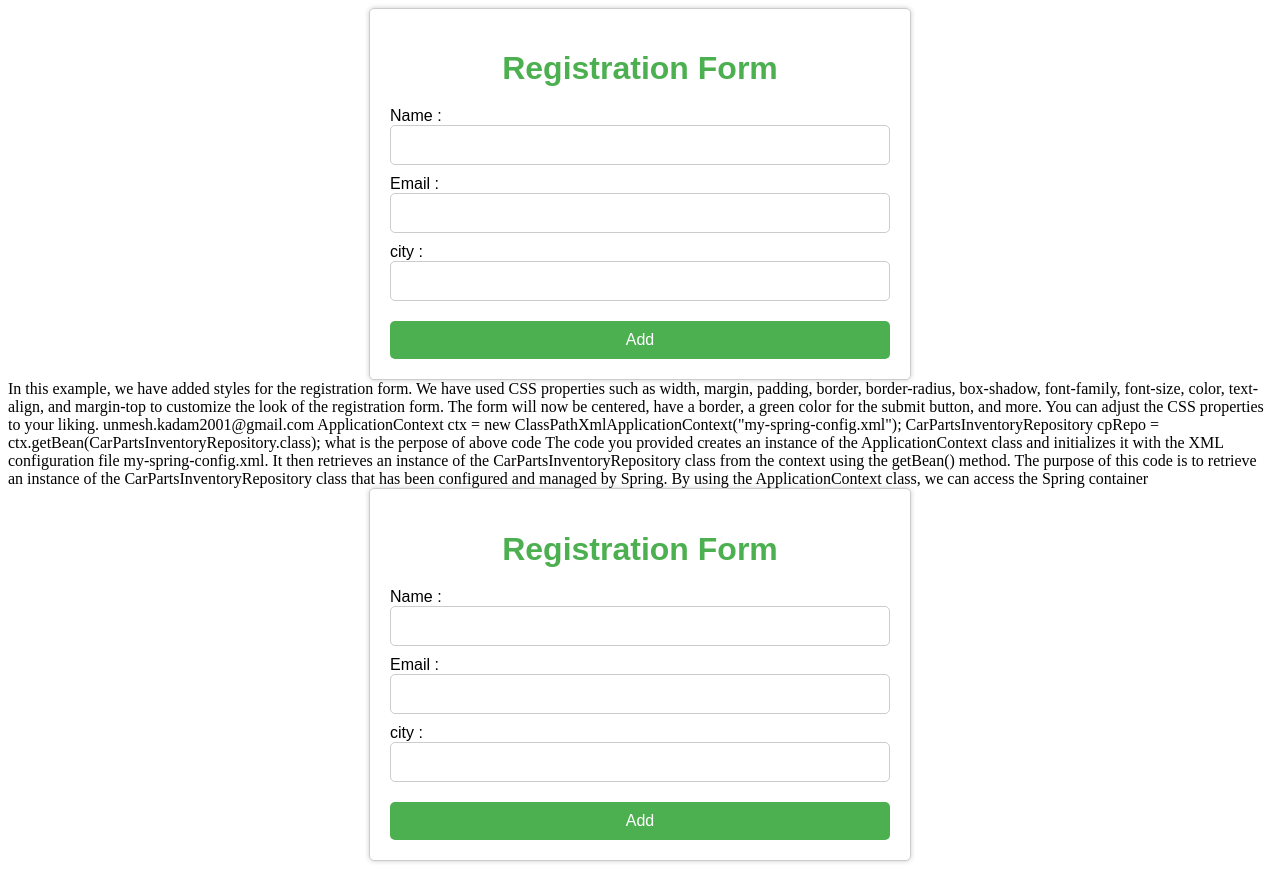
Repository: UnmeshNarayanKadam/JAVA-SPRING-HIBERNATE-PROGRAM
Page: http://localhost/spring-webapp/addCustomer.jsp
An editor plug-in stored every save of this project. The page is shown before and after a run of saves, followed by the edit.
The browser window is 1280 px wide. The pictures show the whole page.
The page is served by Tomcat 9. Other server files are loaded and not shown.

Above is the page before, as saved 2023-02-27 05:47:11.

### spring-webapp/src/main/webapp/addCustomer.jsp
<%@ page language="java" contentType="text/html; charset=ISO-8859-1"
	pageEncoding="ISO-8859-1"%>
<!DOCTYPE html>
<html>
<head>
<meta charset="ISO-8859-1">
<title>Insert title here</title>
	<style>
		.mainDiv {
			width: 500px;
			margin: 0 auto;
			padding: 20px;
			border: 1px solid #ccc;
			border-radius: 5px;
			box-shadow: 0 0 5px #ccc;
			font-family: Arial, sans-serif;
		}
		h1 {
			font-family: Arial, sans-serif;
			font-size: 32px;
			color: #4CAF50;
			text-align: center;
			margin-bottom: 20px;
		}
		input {
			padding: 10px;
			border: 1px solid #ccc;
			border-radius: 5px;
			margin-bottom: 10px;
			width: 100%;
			box-sizing: border-box;
			font-size: 16px;
			font-family: Arial, sans-serif;
		}
		button[type="submit"] {
			background-color: #4CAF50;
			color: white;
			padding: 10px;
			border: none;
			border-radius: 5px;
			cursor: pointer;
			font-size: 16px;
			font-family: Arial, sans-serif;
			margin-top: 10px;
			width: 100%;
			box-sizing: border-box;
		}
		button[type="submit"]:hover {
			background-color: #3e8e41;
		}
	</style>
</head>
<body>
	<div class="mainDiv">
		<h1>Registration Form</h1>
		<form action="add-customer">
			Name : <input name="name" /><br> Email : <input name="email" /><br>
			city : <input name="city" />
			<button type="submit">Add</button>
		</form>
	</div>

</body>
</html>
In this example, we have added styles for the registration form. We have used CSS properties such as width, margin, padding, border, border-radius, box-shadow, font-family, font-size, color, text-align, and margin-top to customize the look of the registration form. The form will now be centered, have a border, a green color for the submit button, and more. You can adjust the CSS properties to your liking.




unmesh.kadam2001@gmail.com
ApplicationContext ctx = new ClassPathXmlApplicationContext("my-spring-config.xml");
		CarPartsInventoryRepository cpRepo = ctx.getBean(CarPartsInventoryRepository.class);                                        what is the perpose of above code
The code you provided creates an instance of the ApplicationContext class and initializes it with the XML configuration file my-spring-config.xml. It then retrieves an instance of the CarPartsInventoryRepository class from the context using the getBean() method.

The purpose of this code is to retrieve an instance of the CarPartsInventoryRepository class that has been configured and managed by Spring. By using the ApplicationContext class, we can access the Spring container



</head>
<body>
	<div class="mainDiv">
		<h1>Registration Form</h1>
		<form action="add-customer">
			Name : <input name="name" /><br> Email : <input name="email" /><br>
			city : <input name="city" />
			<button type="submit">Add</button>
		</form>
	</div>

</body>
</html>

After the next 2 saves:
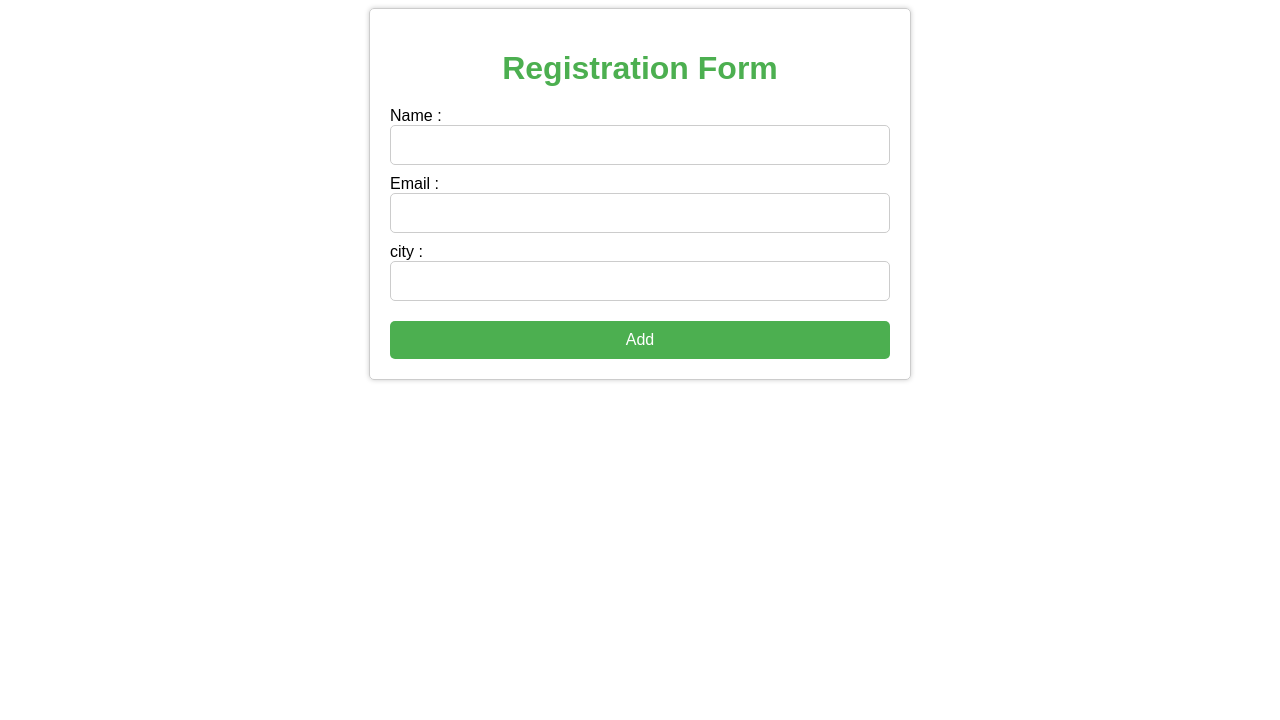
The 2 saves are shown as one change because they came seconds apart.
The last was saved 11 s later.
--- a/spring-webapp/src/main/webapp/addCustomer.jsp
+++ b/spring-webapp/src/main/webapp/addCustomer.jsp
@@ -62,30 +62,3 @@
 
 </body>
 </html>
-In this example, we have added styles for the registration form. We have used CSS properties such as width, margin, padding, border, border-radius, box-shadow, font-family, font-size, color, text-align, and margin-top to customize the look of the registration form. The form will now be centered, have a border, a green color for the submit button, and more. You can adjust the CSS properties to your liking.
-
-
-
-
-unmesh.kadam2001@gmail.com
-ApplicationContext ctx = new ClassPathXmlApplicationContext("my-spring-config.xml");
-		CarPartsInventoryRepository cpRepo = ctx.getBean(CarPartsInventoryRepository.class);                                        what is the perpose of above code
-The code you provided creates an instance of the ApplicationContext class and initializes it with the XML configuration file my-spring-config.xml. It then retrieves an instance of the CarPartsInventoryRepository class from the context using the getBean() method.
-
-The purpose of this code is to retrieve an instance of the CarPartsInventoryRepository class that has been configured and managed by Spring. By using the ApplicationContext class, we can access the Spring container
-
-
-
-</head>
-<body>
-	<div class="mainDiv">
-		<h1>Registration Form</h1>
-		<form action="add-customer">
-			Name : <input name="name" /><br> Email : <input name="email" /><br>
-			city : <input name="city" />
-			<button type="submit">Add</button>
-		</form>
-	</div>
-
-</body>
-</html>
